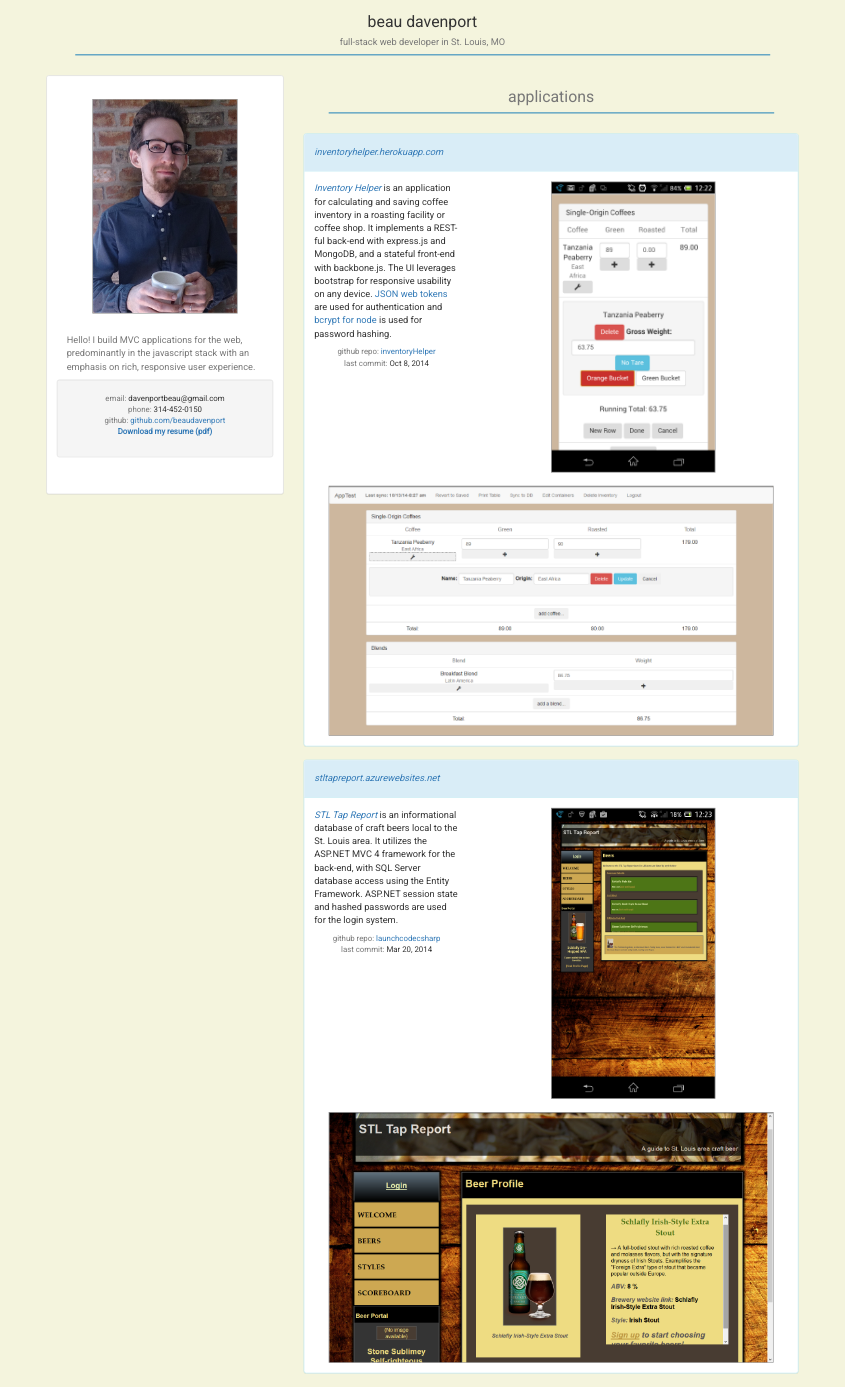
Repository: beaudavenport/old-jekyll-blog
Page: index.html
The author's editor kept a record of every edit. The page is drawn from the files as they stood at one moment, then again after the next edit.
The browser window is 1280 px wide. The pictures show the whole page, at 66% of full size.
Some web libraries are served in a nearby version.

Above is the page before.

After the next edit:
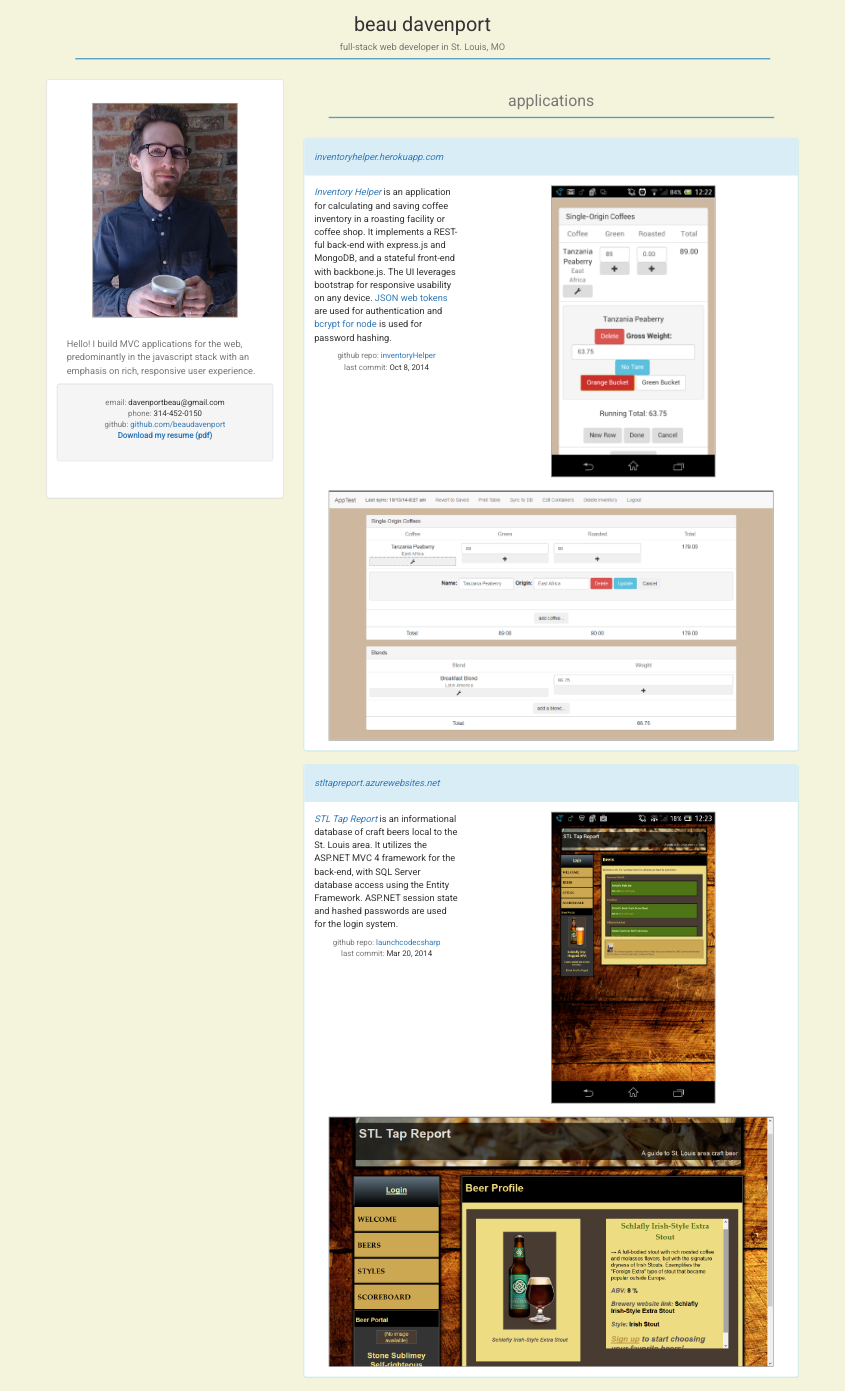
The edit:
--- a/index.html
+++ b/index.html
@@ -10,7 +10,7 @@
 <body>
 <div class="container">
     <div class="title row text-center">
-        <h3>beau davenport</h3>
+        <h2>beau davenport</h2>
         <h5 class="text-muted">full-stack web developer in St. Louis, MO</h5>
     </div>
     <div class="row">
